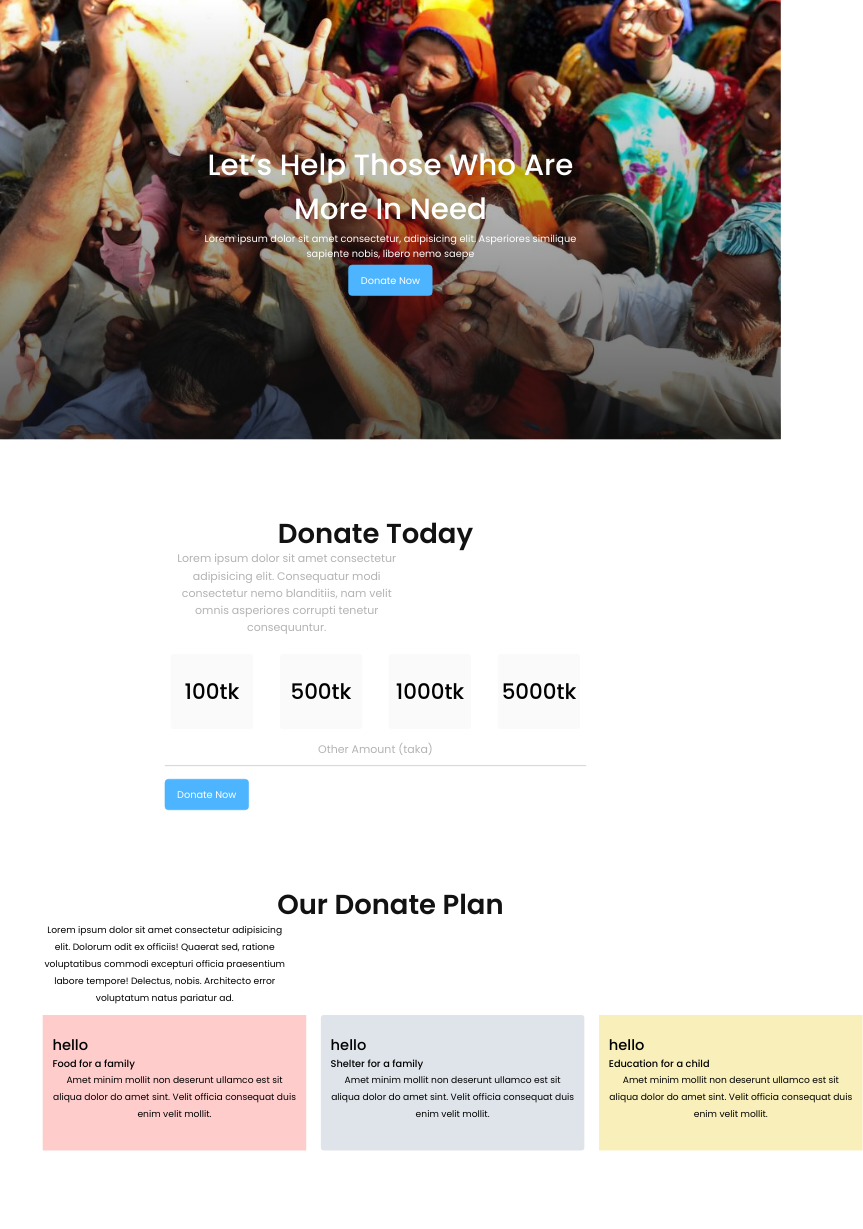
Repository: mdrubel02/donate-website
Page: index.html
An editor plug-in stored every save of this project. The page is shown before and after the next save, followed by the edit.
The browser window is 1280 px wide. The page is 1414 px wide, then 1280 px, so the pictures cover 1414 px, including what lies to the right of the window. The pictures show the whole page, at 61% of full size.

Above is the page before, as saved 2022-07-06 15:07:24.

### index.html
<!DOCTYPE html>
<html lang="en">

<head>
    <meta charset="UTF-8">
    <meta http-equiv="X-UA-Compatible" content="IE=edge">
    <meta name="viewport" content="width=device-width, initial-scale=1.0">
    <title>Our Donate Website</title>
    <link rel="stylesheet" href="./index.css">
</head>

<body>
    <!-- banner section -->
    <section class="banner-section">
        <div class="banner-content">
            <h1>Let’s Help Those Who Are More In Need</h1>
            <p >Lorem ipsum dolor sit amet consectetur, adipisicing elit. Asperiores similique
                sapiente nobis, libero nemo saepe</p>
            <a href="" class="btn btn-primary">Donate Now</a>
        </div>
    </section>

    <!-------- Donate Today------->
    <section class="container">
        <div class="donate-section">
            <h2 class="section-title">Donate Today</h2>

                <p class="small-title">Lorem ipsum dolor sit amet consectetur adipisicing elit. Consequatur modi
                    consectetur nemo blanditiis, nam velit omnis asperiores corrupti tenetur consequuntur.</p>

            <div class="donate-today">
                <div class="donate-content">
                    <h3>100<span>tk</span> </h3>
                </div>
                <div class="donate-content">
                    <h3>500<span>tk</span> </h3>
                </div>
                <div class="donate-content">
                    <h3>1000<span>tk</span> </h3>
                </div>
                <div class="donate-content">
                    <h3>5000<span>tk</span> </h3>
                </div>
            </div>
            <p>Other Amount <span>(taka)</span></p>
            <hr>
            <a href="" class="btn btn-primary">Donate Now</a>
        </div>
    </section>

    <!---------- donate plan section-------- -->
    <section class="container">
        <h3 class="section-title">Our Donate Plan</h3>
        <p class="small-title">Lorem ipsum dolor sit amet consectetur adipisicing elit. Dolorum odit ex officiis! Quaerat sed, ratione voluptatibus commodi excepturi officia praesentium labore tempore! Delectus, nobis. Architecto error voluptatum natus pariatur ad.</p>
        <div class="donate-plan-section">
            <div id="food" class="donate-plan-content">
                <h1>hello</h1>
                <h4>Food for a family</h4>
                <p class="small-title">Amet minim mollit non deserunt ullamco est sit aliqua dolor do amet sint. Velit officia consequat duis enim velit mollit.</p>
            </div>
            <div id="Shelter" class="donate-plan-content">
                <h1>hello</h1>
                <h4>Shelter for a family</h4>
                <p class="small-title">Amet minim mollit non deserunt ullamco est sit aliqua dolor do amet sint. Velit officia consequat duis enim velit mollit.</p>
            </div>
            <div id="education" class="donate-plan-content">
                <h1>hello</h1>
                <h4>Education for a child</h4>
                <p class="small-title">Amet minim mollit non deserunt ullamco est sit aliqua dolor do amet sint. Velit officia consequat duis enim velit mollit.</p>
            </div>
        </div>
    </section>
</body>

</html>

### index.css
/* =====GOOGLE FONTS====== */
@import url('https://fonts.googleapis.com/css2?family=Poppins:wght@300;400;500;600&display=swap');

/* =====COMMON STYLES====== */
* {
    margin: 0;
    padding: 0;
    border: 0;
    outline: 0;
    list-style: none;
    text-decoration: none;
}

body {
    font-family: 'Poppins', sans-serif;
}

h1,
h2,
h3,
h4,
h5,
h6 {
    font-weight: 500;
}

/* img {
    display: block;
    width: 100%;
    object-fit: cover;
} */

.container {
    max-width: 1200px;
    margin: 0 auto;
    padding: 0 30px;
    margin-top: 10%;
    margin-bottom: 10%;
    box-sizing: border-box;
}

a {
    color: #fff;
    transition: all 400ms ease;
}

a:hover {
    color: #fff;
}

.btn {
    text-align: center;
    width: max-content;
    display: inline-block;
    color: #fff;
    padding: 0.75rem 1.2rem;
    border-radius: 0.4rem;
    border: 1px solid #4db5ff;
    cursor: pointer;
    transition: all 400ms ease;
}

.btn:hover {
    background: #fff;
    color: #4db5ff;
    border: 1px solid #4db5ff;
}

.btn-primary {
    background: #4db5ff;
    color: #fff;
}

.section-title {
    color: #121212;
    font-weight: 700;
    font-size: 45px;
    line-height: 54px;
    text-align: center;
}

.small-title {
    font-family: 'Poppins';
    font-style: normal;
    font-weight: 400;
    width: 400px;
    font-size: 15px;
    line-height: 28px;
    text-align: center;
    display: block;
    margin-bottom: .9rem;
}

hr {
    border: 1px solid #DADADA;
    margin-bottom: 1.3rem;
}


/* ========BANNER SECTION STYLE======== */

.banner-section {
    background-image: url(./images/donation0.jpg);
    background-repeat: no-repeat;
    background-size: cover;
    background-position: center center;
    height: 100vh;
    width: 100%;
    position: relative;
    z-index: 1;
    display: flex;
    flex-direction: column;
    justify-content: center;
    align-items: center;
    text-align: center;
}

.banner-section:after {
    content: "";
    position: absolute;
    top: 0;
    left: 0;
    width: 100%;
    height: 100%;
    background: linear-gradient(360deg, #121212 0%, rgba(18, 18, 18, 0) 100%);
    opacity: .7;
    z-index: -5;
}

.banner-content {
    width: 50%;
}

.banner-content h1 {
    font-size: 3rem;
    color: #fff;
}

.banner-content p {
    margin-bottom: 5px;
    color: #fff;
}

/*=========== Donate section style========= */
.donate-today {
    display: flex;
    gap: 1.5rem;
    justify-content: space-around;

}

.donate-content {
    width: 135px;
    height: 123px;
    background: #FAFAFA;
    border-radius: 5px;
    font-size: 30px;
    font-weight: 700;
    line-height: 36px;
    display: flex;
    justify-content: center;
    align-items: center;
    margin: 1.2rem 0;
    transition: all 400ms ease;
}

.donate-content:hover {
    border: 2px solid #FF5959;
    border-radius: 5px;
    color: #FF5959;
}

.donate-section {
    width: 691px;
    margin-left: 200px;
}

.donate-section a {
    text-align: center;
}

.donate-section p {
    font-weight: 400;
    font-size: 18px;
    line-height: 28px;
    color: #B3B3B3;
    text-align: center;
    margin-bottom: .7rem;
}

/*========donate plan section======= */
.donate-plan-section {
    display: flex;
    gap: 1.5rem;
}

#Shelter {
    background:#dfe4ea;
    border-radius: 5px;
}
#food{
    background-color:#ffcccc;
}
#education{
    background-color: #F8EFBA;
}
.donate-plan-content{
    padding: 2rem 1rem;
}

After the next save:
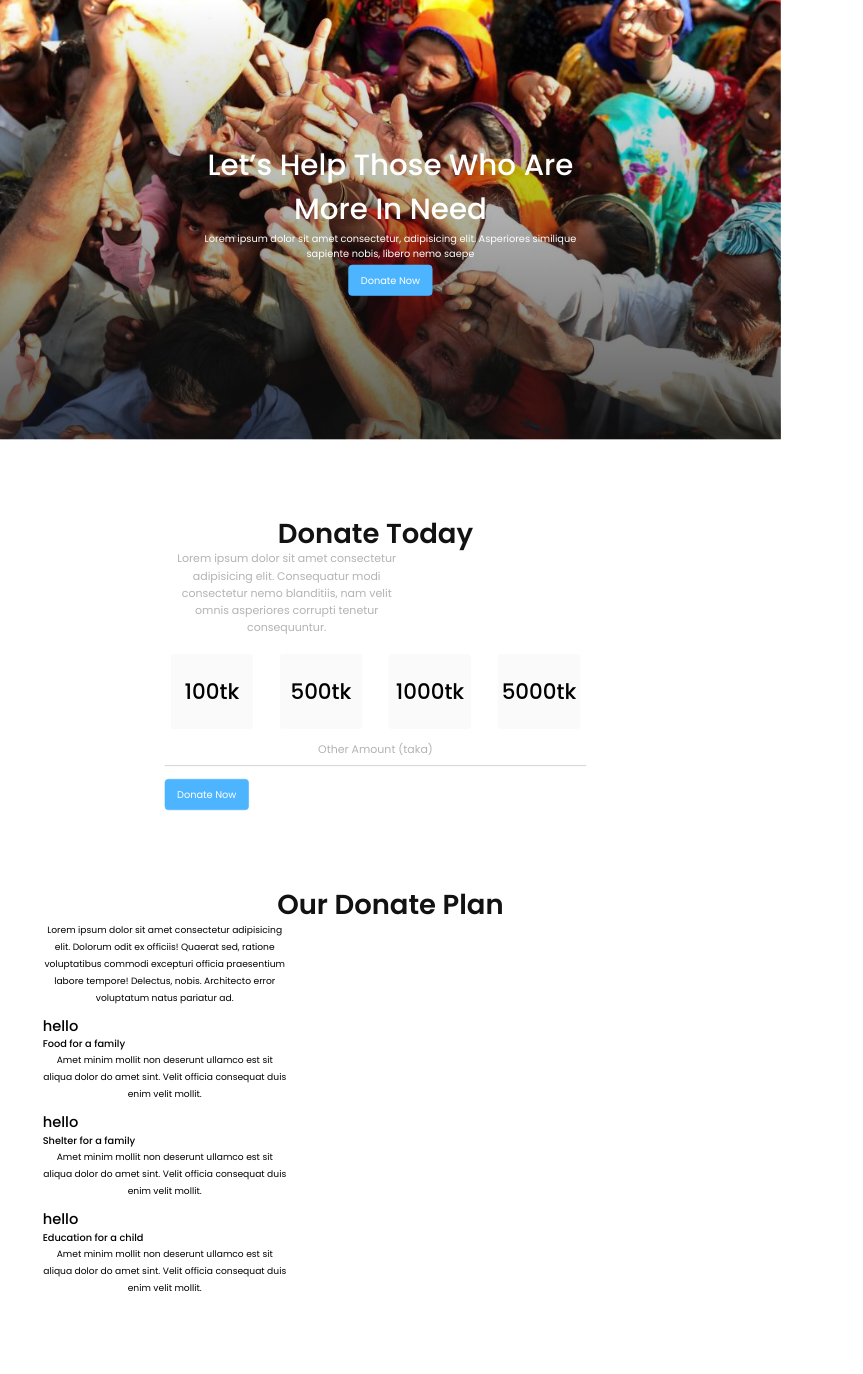
Saved 55 s later.
--- a/index.css
+++ b/index.css
@@ -189,7 +189,7 @@ hr {
 }
 
 /*========donate plan section======= */
-.donate-plan-section {
+/* .donate-plan-section {
     display: flex;
     gap: 1.5rem;
 }
@@ -206,4 +206,4 @@ hr {
 }
 .donate-plan-content{
     padding: 2rem 1rem;
-}
+} */
